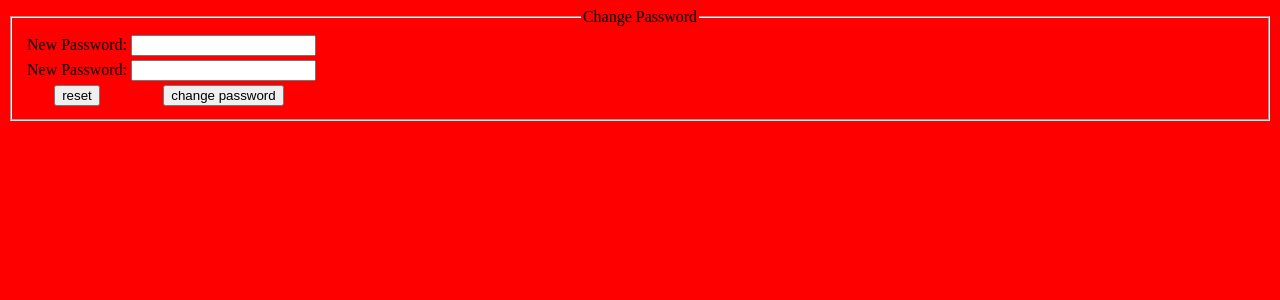
Repository: pawankumarsharm/UST_JDBC_SERVLET
Page: jdbc/empwebapp/WebContent/changepassword.html
The author's editor kept a copy of each file at every save. The page is drawn from the files as they stood at one save, then again after the next save.
The browser window is 1280 px wide. The pictures show the whole page.

Above is the page before, as saved 2019-11-15 09:34:26.

After the next save:
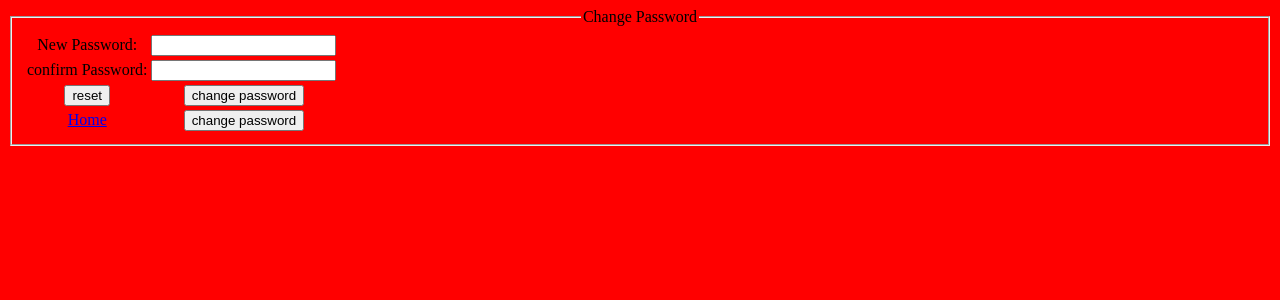
Saved 3 min 10 s later.
--- a/jdbc/empwebapp/WebContent/changepassword.html
+++ b/jdbc/empwebapp/WebContent/changepassword.html
@@ -14,14 +14,17 @@
 <td> <input name="password" type="password"></td>
 </tr>
 <tr>
-<td>New Password:</td>
+<td>confirm Password:</td>
 <td> <input name="password" type="password"></td>
 </tr>
 <tr>
 <td><input type="submit" value ="reset"></td>
 <td><input type="reset" value ="change password"></td>
 </tr>
-
+<tr>
+<td><a href="#">Home</a></td>
+<td><input type="reset" value ="change password"></td>
+</tr>
 
 
 
